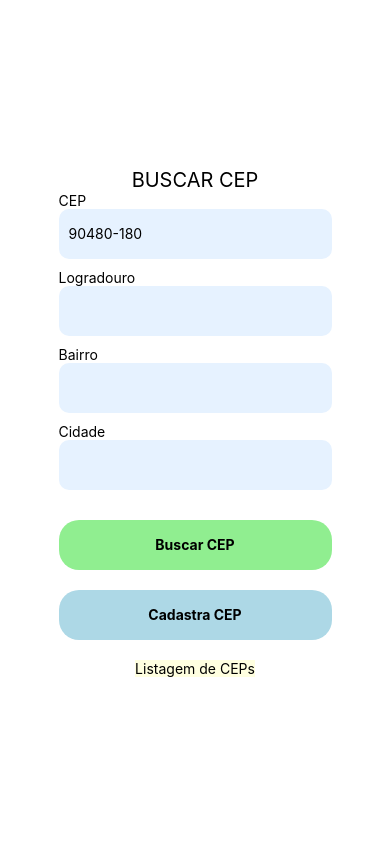
Repository: GustavoMSevero/registerCep
Screen: /
These files come from the project's save history. The screen is drawn as it stood at one moment and after the next save; the edit follows.
The app was drawn by React Native's web renderer in a window 390 px wide. The project was rebuilt for these pictures with package versions that can differ from the ones it lists, and the page was loaded fresh each time.

Above is the screen before, as saved 2024-09-19 16:51:01.

### App.js
import { StatusBar } from 'expo-status-bar';
import { useState } from 'react';
import { StyleSheet, Text, View, TextInput, TouchableOpacity } from 'react-native';
import api from './service/api';

export default function App() {

  const [cep, setCep] = useState(null)
  const [logradouro, setLogradouro] = useState(null)
  const [bairro, setBairro] = useState(null)
  const [localidade, setLocalidade] = useState(null)
  const [uf, setUF] = useState(null)

  async function getCep() {
    let response = await fetch(`https://viacep.com.br/ws/${cep}/json/`);
    let body = await response.json();

    setLogradouro(body.logradouro);
    setBairro(body.bairro);
    setLocalidade(body.localidade);
    setUF(body.uf);
  }

  async function registerCep() {
    const cepData = {
      cep: cep,
      logradouro: logradouro,
      bairro: bairro,
      localidade: localidade,
      uf: uf,
    };

    const result = await api.post('/api.php', {
      ...cepData,
      option: 'register cep',
    })
    .then(result => {
      // console.log(result.data);
      if(result.data.status == 1) {
        alert(result.data.msg)
      } else if(result.data.status == 2) {
        alert(result.data.msg)
      }
      setLogradouro(null);
      setBairro(null);
      setLocalidade(null);
      setUF(null);
    })
    .catch(error => {
      // Handle error
      console.error(error);
    });

  }

  return (
    <View style={styles.container}>
      <Text style={styles.title}>BUSCAR CEP</Text>
      <View style={styles.viewInput}>
        <Text>CEP</Text>
        <TextInput
          style={styles.input}
          keyboardType='number'
          placeholder='90480-180'
          onChangeText={(number) => setCep(number)}
          value={cep}
        />
      </View>
      <View style={styles.viewInput}>
        <Text>Logradouro</Text>
        <TextInput
          readOnly
          style={styles.input}
          value={logradouro}
        />
      </View>
      <View style={styles.viewInput}>
        <Text>Bairro</Text>
        <TextInput
          readOnly
          style={styles.input}
          value={bairro}
        />
      </View>
      <View style={styles.viewInput}>
        <Text>Cidade</Text>
        <TextInput
          readOnly
          style={styles.input}
          value={localidade}
        />
      </View>
        <TouchableOpacity
          style={styles.button}
          onPress={getCep}
        >
          <Text style={styles.textButton}>Buscar CEP</Text>
        </TouchableOpacity>
        <TouchableOpacity
          style={styles.buttonCadastra}
          onPress={registerCep}
        >
          <Text style={styles.textButtonCadastra}>Cadastra CEP</Text>
        </TouchableOpacity>
        <TouchableOpacity
          style={styles.buttonListagem}
          onPress={registerCep}
        >
          <Text style={styles.textButtonListagem}>Listagem de CEPs</Text>
        </TouchableOpacity>
      <StatusBar style="auto" />
    </View>
  );
}

const styles = StyleSheet.create({
  title: {
    fontSize: 20,
  },
  container: {
    flex: 1,
    backgroundColor: '#fff',
    alignItems: 'center',
    justifyContent: 'center',
  },
  viewInput: {
    width: "70%",
  },
  input: {
    backgroundColor: "#e6f2ff",
    width: "100%",
    height: 50,
    marginBottom: 10,
    borderRadius: 10,
    paddingLeft: 10,
  },
  button: {
    marginTop: 20,
    marginBottom: 20,
    backgroundColor: "lightgreen",
    width: "70%",
    alignItems: "center",
    justifyContent: "center",
    height: 50,
    borderRadius: 20,
  },
  textButton: {
    fontWeight: "bold",
  },
  buttonCadastra: {
    backgroundColor: "lightblue",
    width: "70%",
    alignItems: "center",
    justifyContent: "center",
    height: 50,
    borderRadius: 20,
    marginBottom: 20,
  },
  textButtonCadastra: {
    fontWeight: "bold",
  },
  buttonListagem: {
     backgroundColor: "lightyellow"
  },
  textButtonListagem: {

  }
});

### service/api.js
import axios from "axios";

const api = axios.create({
    baseURL: 'http://192.168.0.226:8888/web/apiCep',
    timeout: 10000, // 10 seconds
});

export default api;

After the next save:
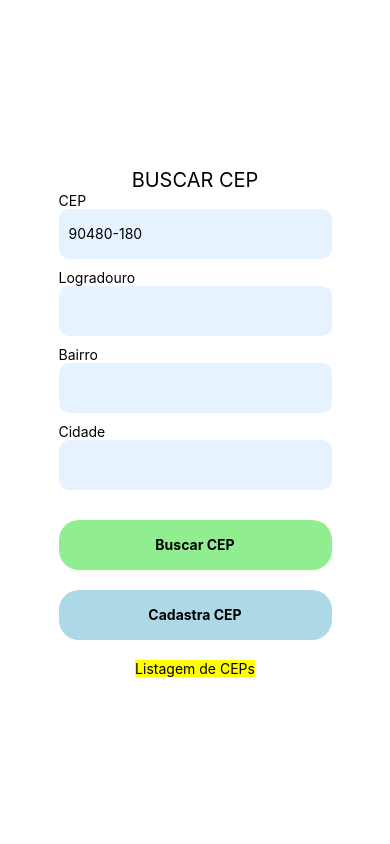
Saved 12 s later.
--- a/App.js
+++ b/App.js
@@ -160,7 +160,7 @@ const styles = StyleSheet.create({
     fontWeight: "bold",
   },
   buttonListagem: {
-     backgroundColor: "lightyellow"
+     backgroundColor: "yellow"
   },
   textButtonListagem: {
 
